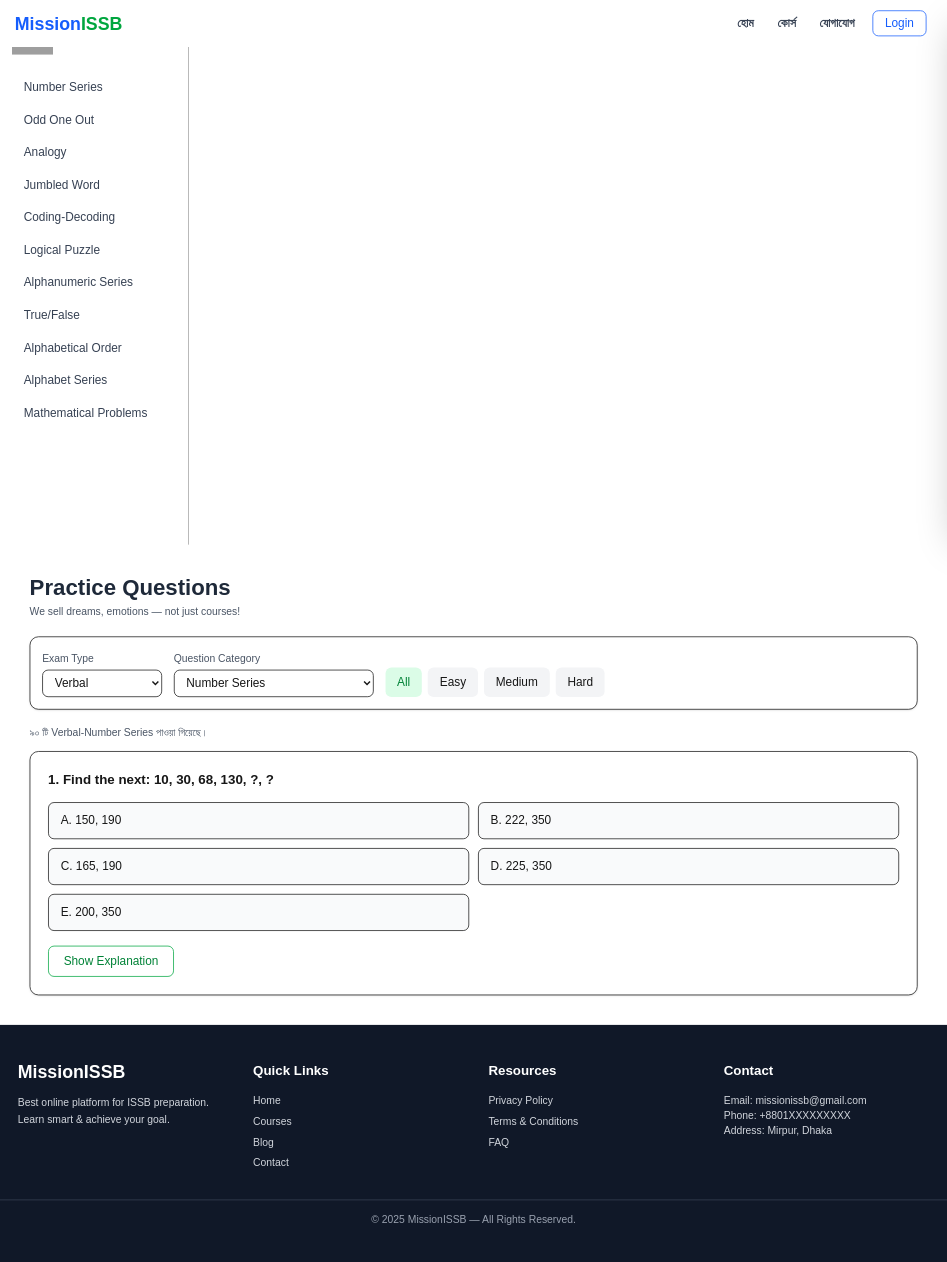
Repository: mdmuhibullahhabib/missionissb
Page: /issb/iq-practice
The author's editor kept a copy of each file at every save. The page is drawn from the files as they stood at one save, then again after the next save.
The browser window is 1280 px wide. The pictures show the whole page, at 74% of full size.
Pictures or frames that could not be fetched are drawn as grey boxes. The page's requests for data from a server got no answer. The project was rebuilt for these pictures with package versions that can differ from the ones it lists, and the page was loaded fresh each time. The framework's server and built-in components were replaced by stand-ins that run in the browser. No one was signed in, and anything a server would have sent is missing. Also part of the build but not shown: next.config.mjs.

Above is the page before, as saved 2025-12-11 23:41:01.

### app/layout.js
import { Geist, Geist_Mono } from 'next/font/google'
import './globals.css'
import Footer from '@/components/shared/Footer'
import Navbar from '@/components/shared/Navbar'
import NextAuthProvider from './providers/NextAuthProvider'
import LayoutWrapper from '@/components/LayoutWrapper'

const geistSans = Geist({
  variable: '--font-geist-sans',
  subsets: ['latin']
})

const geistMono = Geist_Mono({
  variable: '--font-geist-mono',
  subsets: ['latin']
})

export const metadata = {
  title: 'Mission ISSB',
  description: 'Generated by create next app'
}

export default function RootLayout({ children }) {
  return (
    <html lang='en' suppressHydrationWarning={true}>
      <body
        className={`${geistSans.variable} ${geistMono.variable} antialiased`}
      >
        <NextAuthProvider>

                    <LayoutWrapper>{children}</LayoutWrapper>


          {/* <Navbar />

          {children}

          <Footer /> */}
        </NextAuthProvider>
      </body>
    </html>
  )
}

### app/issb/iq-practice/page.jsx
"use client";

import React from 'react'
import AsideMenu from './components/AsideMenu';
import PracticeQuestions from './components/PracticeQuestions';

const IqPracticePage = () => {
  return (
    <div className='mt-4'>
        <AsideMenu/>
        <PracticeQuestions/>
        </div>
  )
}

export default IqPracticePage

### components/shared/Footer.jsx
"use client";
import Link from "next/link";

export default function Footer() {
  return (
    <footer className="bg-gray-900 text-gray-300 py-12">
      <div className="max-w-7xl mx-auto grid grid-cols-1 md:grid-cols-4 gap-10 px-6">

        {/* Column 1 */}
        <div>
          <h2 className="text-2xl font-bold text-white">MissionISSB</h2>
          <p className="mt-3 text-sm leading-6">
            Best online platform for ISSB preparation.
            Learn smart & achieve your goal.
          </p>
        </div>

        {/* Column 2 */}
        <div>
          <h3 className="text-lg font-semibold text-white mb-4">Quick Links</h3>
          <ul className="space-y-2 text-sm">
            <li><Link href="/" className="hover:text-white">Home</Link></li>
            <li><Link href="/courses" className="hover:text-white">Courses</Link></li>
            <li><Link href="/blog" className="hover:text-white">Blog</Link></li>
            <li><Link href="/contact" className="hover:text-white">Contact</Link></li>
          </ul>
        </div>

        {/* Column 3 */}
        <div>
          <h3 className="text-lg font-semibold text-white mb-4">Resources</h3>
          <ul className="space-y-2 text-sm">
            <li><Link href="/privacy" className="hover:text-white">Privacy Policy</Link></li>
            <li><Link href="/terms" className="hover:text-white">Terms & Conditions</Link></li>
            <li><Link href="/faq" className="hover:text-white">FAQ</Link></li>
          </ul>
        </div>

        {/* Column 4 */}
        <div>
          <h3 className="text-lg font-semibold text-white mb-4">Contact</h3>
          <p className="text-sm">Email: missionissb@gmail.com</p>
          <p className="text-sm">Phone: +8801XXXXXXXXX</p>
          <p className="text-sm">Address: Mirpur, Dhaka</p>
        </div>
      </div>

      <div className="mt-10 border-t border-gray-700 pt-4 text-center text-gray-400 text-sm">
        © {new Date().getFullYear()} MissionISSB — All Rights Reserved.
      </div>
    </footer>
  );
}

### components/shared/Navbar.jsx
"use client";
import { useState, useEffect } from "react";
import Link from "next/link";
import { FiMenu, FiX } from "react-icons/fi";
import { useSession } from "next-auth/react";
import { useRouter } from "next/navigation";
import DrawerMenu from "../user/UserDrawerMenu";


// Fake user data
const fakeUser = {
    name: "Muhibullah Habib",
    email: "muhib@example.com",
    avatar: "https://i.pravatar.cc/100?img=11",
    role: "admin",
};

export default function Navbar() {
    const [open, setOpen] = useState(false);
    const [scroll, setScroll] = useState(false);
    const router = useRouter();
        const [drawerOpen, setDrawerOpen] = useState(false);
    const [userDrawerOpen, setUserDrawerOpen] = useState(false);
    const { data: session, status } = useSession();
    console.log(session)
    console.log(status)

    // Scroll detection for shadow effect
    useEffect(() => {
        const handleScroll = () => {
            setScroll(window.scrollY > 10);
        };
        window.addEventListener("scroll", handleScroll);
        return () => window.removeEventListener("scroll", handleScroll);
    }, []);

    const navLinks = [
        { name: "হোম", href: "/" },
        { name: "কোর্স", href: "/courses" },
        { name: "যোগাযোগ", href: "/contact" },
    ];

    // User icon click
    const handleUserClick = () => {
        if (status == "authenticated") {
            setUserDrawerOpen(true);
        } else {
            router.push("/auth");
        }
    };

    return (
        <>
            <nav
                className={`w-full fixed top-0 z-50 transition-all ${scroll ? "bg-white shadow-md" : "bg-white"
                    }`}
            >
                <div className="max-w-7xl mx-auto px-5 py-3 flex justify-between items-center">

                    {/* Logo */}
                    <Link href="/" className="text-2xl font-bold text-blue-600">
                        Mission<span className="text-green-600">ISSB</span>
                    </Link>


                    {/* Auth Buttons */}
                    <div className="hidden items-center md:flex gap-4">
                        {/* Desktop Menu */}
                        <div className="hidden md:flex gap-8">
                            {navLinks.map((link) => (
                                <Link
                                    key={link.name}
                                    href={link.href}
                                    className="text-gray-700 font-semibold hover:text-blue-600 transition font-medium"
                                >
                                    {link.name}
                                </Link>
                            ))}
                        </div>

                        {/* User Icon */}
                        <button
                            onClick={handleUserClick}
                            className="p-2 rounded-full hover:bg-gray-100 transition duration-150"
                        >
                            {status == "authenticated" ? (
                                <img
                                    src={fakeUser?.avatar}
                                    alt="user"
                                    className="h-8 w-8 rounded-full border"
                                />
                            ) : (
                                <Link
                                    href="/auth"
                                    className="px-4 py-2 border border-blue-600 text-blue-600 rounded-lg hover:bg-blue-600 hover:text-white transition"
                                >
                                    Login
                                </Link>
                            )}
                        </button>
                    </div>

                    {/* Mobile Toggle */}
                    <button onClick={() => setOpen(!open)} className="md:hidden text-3xl">
                        {open ? <FiX /> : <FiMenu />}
                    </button>
                </div>

                {/* Mobile Menu */}
                <div
                    className={`md:hidden bg-white fixed top-[64px] left-0 w-full h-screen transition-all duration-300 ${open ? "translate-y-0 opacity-100" : "-translate-y-5 opacity-0 pointer-events-none"
                        }`}
                >
                    <div className="flex flex-col gap-6 px-6 py-6 text-lg">
                        {navLinks.map((link) => (
                            <Link
                                key={link.name}
                                href={link.href}
                                onClick={() => setOpen(false)}
                                className="text-gray-700 hover:text-blue-600"
                            >
                                {link.name}
                            </Link>
                        ))}

                        <hr />

                        <Link
                            href="/auth/login"
                            onClick={() => setOpen(false)}
                            className="text-blue-600 font-semibold"
                        >
                            Login
                        </Link>
                    </div>
                </div>
            </nav>

            <DrawerMenu
                isOpen={userDrawerOpen}
                onClose={() => setUserDrawerOpen(false)}
                // user={user}
            />
        </>
    );
}

### app/providers/NextAuthProvider.jsx
"use client"
import { SessionProvider } from 'next-auth/react'
import React from 'react'

const NextAuthProvider = ({ children }) => {
    return <SessionProvider>{children}</SessionProvider>
}

export default NextAuthProvider;

### components/LayoutWrapper.jsx
"use client";

import { usePathname } from "next/navigation";
import Navbar from "./shared/Navbar";
import Footer from "./shared/Footer";

export default function LayoutWrapper({ children }) {
  const pathname = usePathname();
  const isAdmin = pathname.startsWith("/admin");
  const isAuth = pathname.startsWith("/auth");

  return (
    <>
      {!isAdmin && !isAuth && <Navbar />}

      <main>{children}</main>

      {!isAdmin && !isAuth && <Footer />}
    </>
  );
}

### app/issb/iq-practice/components/AsideMenu.jsx
"use client";

import Link from "next/link";

export default function AsideMenu() {
  const menu = [
    "Number Series",
    "Odd One Out",
    "Analogy",
    "Jumbled Word",
    "Coding-Decoding",
    "Logical Puzzle",
    "Alphanumeric Series",
    "True/False",
    "Alphabetical Order",
    "Alphabet Series",
    "Mathematical Problems",
  ];

  return (
    <aside className="w-full md:w-64 bg-white border-r h-full md:h-screen p-4 overflow-y-auto sticky top-0">
      {/* Logo */}
      <div className="flex items-center gap-3 mb-6">
        <img src="/logo.png" alt="Mission ISSB" className="w-14" />
        <h2 className="text-xl font-bold text-green-900">Mission ISSB</h2>
      </div>

      {/* Menu */}
      <div className="space-y-1">
        {menu.map((item, idx) => (
          <Link
            key={idx}
            href={`/iq-practice/${item.toLowerCase().replace(/\s+/g, "-")}`}
            className="block px-4 py-2 rounded-lg text-gray-700 hover:bg-green-100 hover:text-green-700 transition"
          >
            {item}
          </Link>
        ))}
      </div>
    </aside>
  );
}

### app/issb/iq-practice/components/PracticeQuestions.jsx
"use client";

import { useState } from "react";

export default function PracticeQuestions() {
  const [showExplanation, setShowExplanation] = useState(false);

  return (
    <div className="flex-1 p-4 md:p-10">

      {/* Header */}
      <h1 className="text-3xl font-bold text-gray-800">Practice Questions</h1>
      <p className="text-gray-600 mt-1 text-sm">
        We sell dreams, emotions — not just courses!
      </p>

      {/* Filters */}
      <div className="mt-6 bg-white p-4 rounded-xl shadow-sm border flex flex-col md:flex-row gap-4">
        {/* Exam Type */}
        <div>
          <label className="text-gray-600 text-sm">Exam Type</label>
          <select className="mt-1 border px-3 py-2 rounded-lg w-full">
            <option>Verbal</option>
          </select>
        </div>

        {/* Category */}
        <div>
          <label className="text-gray-600 text-sm">Question Category</label>
          <select className="mt-1 border px-3 py-2 rounded-lg w-full">
            <option>Number Series</option>
          </select>
        </div>

        {/* Difficulty */}
        <div className="flex items-end gap-2">
          <button className="px-4 py-2 rounded-lg bg-green-100 text-green-700 font-medium">
            All
          </button>
          <button className="px-4 py-2 rounded-lg bg-gray-100">Easy</button>
          <button className="px-4 py-2 rounded-lg bg-gray-100">Medium</button>
          <button className="px-4 py-2 rounded-lg bg-gray-100">Hard</button>
        </div>
      </div>

      {/* Count */}
      <p className="mt-5 text-gray-600 text-sm">৯০ টি Verbal-Number Series পাওয়া গিয়েছে।</p>

      {/* Question Card */}
      <div className="mt-4 bg-white border p-6 rounded-xl shadow-sm">
        <h3 className="font-semibold text-lg">
          1. Find the next: 10, 30, 68, 130, ?, ?
        </h3>

        {/* Options */}
        <div className="mt-4 grid grid-cols-1 md:grid-cols-2 gap-3">
          {["150, 190", "222, 350", "165, 190", "225, 350", "200, 350"].map(
            (opt, i) => (
              <div
                key={i}
                className={`px-4 py-3 rounded-lg border bg-gray-50 hover:bg-gray-100 cursor-pointer`}
              >
                {String.fromCharCode(65 + i)}. {opt}
              </div>
            )
          )}
        </div>

        {/* Explanation */}
        <button
          onClick={() => setShowExplanation(!showExplanation)}
          className="mt-5 px-5 py-2 border border-green-600 text-green-700 rounded-lg hover:bg-green-50"
        >
          Show Explanation
        </button>

        {showExplanation && (
          <p className="mt-3 text-gray-700">
            Explanation will go here...
          </p>
        )}
      </div>
    </div>
  );
}

### components/user/UserDrawerMenu.jsx
"use client";

import { FiX, FiUser, FiShoppingBag, FiSettings, FiGrid, FiLogOut } from "react-icons/fi";
import { motion, AnimatePresence } from "framer-motion";
import Image from "next/image";
import { useRouter } from "next/navigation";
import { signOut, useSession } from "next-auth/react";
import Link from "next/link";

export default function DrawerMenu({ isOpen, onClose, user = {} }) {
  const router = useRouter();
  const { data: session, status } = useSession();
  console.log(session)

  const handleNavigate = (path) => {
    onClose();
    router.push(path);
  };

  const handleLogout = async () => {
    // You can replace with your logout logic
    console.log("User logged out");
    onClose();
    await signOut();
  };

  const isAdmin = user?.role === "admin";

  return (
    <>
      {/* Overlay */}
      <AnimatePresence>
        {isOpen && (
          <motion.div
            initial={{ opacity: 0 }}
            animate={{ opacity: 1 }}
            exit={{ opacity: 0 }}
            onClick={onClose}
            className="fixed inset-0 bg-black/30 backdrop-blur-sm z-40 cursor-pointer"
          />
        )}
      </AnimatePresence>

      {/* Drawer */}
      <motion.div
        initial={{ x: "100%" }}
        animate={{ x: isOpen ? 0 : "100%" }}
        exit={{ x: "100%" }}
        transition={{ type: "spring", stiffness: 100, damping: 20 }}
        className="fixed top-0 right-0 h-full w-80 sm:w-96 bg-white shadow-2xl z-50 flex flex-col"
      >
        {/* Header */}
        <div className="flex justify-between items-center p-4 border-b">
          <div className="flex items-center gap-3">
            <Image
              src={user?.photo || "https://i.ibb.co/5j9n3yH/default-avatar.png"}
              width={40}
              height={40}
              alt="User avatar"
              className="rounded-full object-cover"
            />
            <div>
              <p className="font-semibold text-gray-800">
                {user?.name || "Guest User"}
              </p>
              <p className="text-xs text-gray-500">
                {isAdmin ? "Administrator" : "Regular User"}
              </p>
            </div>
          </div>
          <button onClick={onClose} className="text-gray-600 hover:text-red-500">
            <FiX className="h-6 w-6" />
          </button>
        </div>

        {/* Menu Items */}
        <div className="flex-1 overflow-y-auto p-5 space-y-4 text-gray-700">
          <button
            onClick={() => handleNavigate("/profile")}
            className="flex items-center gap-3 w-full p-3 rounded-xl hover:bg-gray-100 transition"
          >
            <FiUser className="text-red-500" />
            <span>My Profile</span>
          </button>

          <Link
            href={"/mycourse"}
            // onClick={() => handleNavigate("/mycourse")}
            className="flex items-center gap-3 w-full p-3 rounded-xl hover:bg-gray-100 transition"
          >
            <FiShoppingBag className="text-red-500" />
            <span>My Courses</span>
          </Link>

          <Link
            href={"/admin/dashboard"}
            // onClick={() => handleNavigate("/mycourse")}
            className="flex items-center gap-3 w-full p-3 rounded-xl hover:bg-gray-100 transition"
          >
            <FiShoppingBag className="text-red-500" />
            <span>Admin Dashboard</span>
          </Link>

          {isAdmin && (
            <button
              onClick={() => handleNavigate("/admin/dashboard")}
              className="flex items-center gap-3 w-full p-3 rounded-xl hover:bg-gray-100 transition"
            >
              <FiGrid className="text-red-500" />
              <span>Admin Dashboard</span>
            </button>
          )}
        </div>

        {/* Footer */}
        <div className="border-t p-4">
          <button
            onClick={handleLogout}
            className="flex items-center justify-center gap-2 w-full py-2 bg-red-600 text-white font-medium rounded-xl hover:bg-red-700 transition"
          >
            <FiLogOut />
            Logout
          </button>
        </div>
      </motion.div>
    </>
  );
}

Loaded but not shown: app/globals.css (common file)

After the next save:
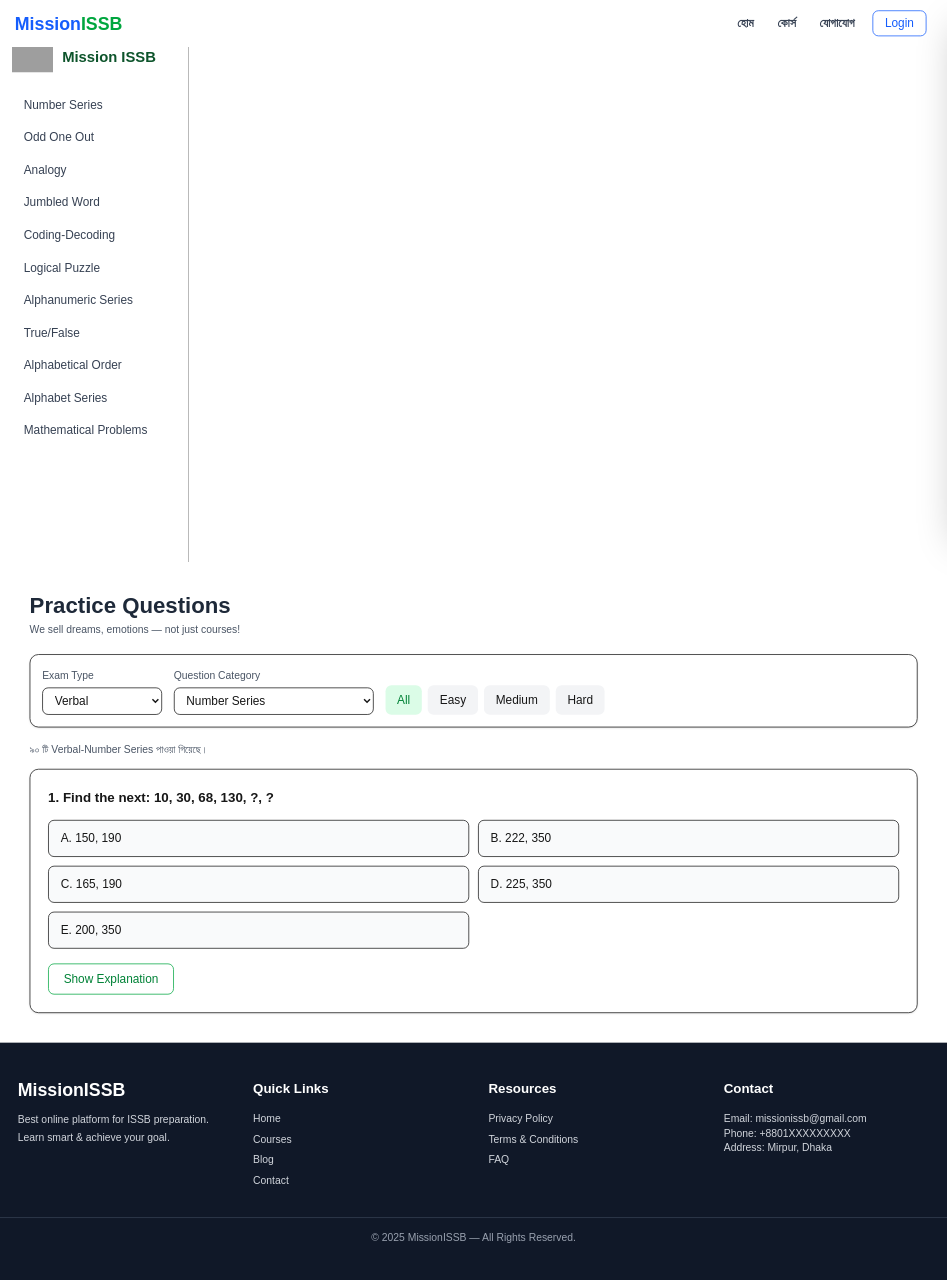
Saved 11 s later.
--- a/app/issb/iq-practice/page.jsx
+++ b/app/issb/iq-practice/page.jsx
@@ -6,7 +6,7 @@ import PracticeQuestions from './components/PracticeQuestions';
 
 const IqPracticePage = () => {
   return (
-    <div className='mt-4'>
+    <div className='mt-10'>
         <AsideMenu/>
         <PracticeQuestions/>
         </div>
